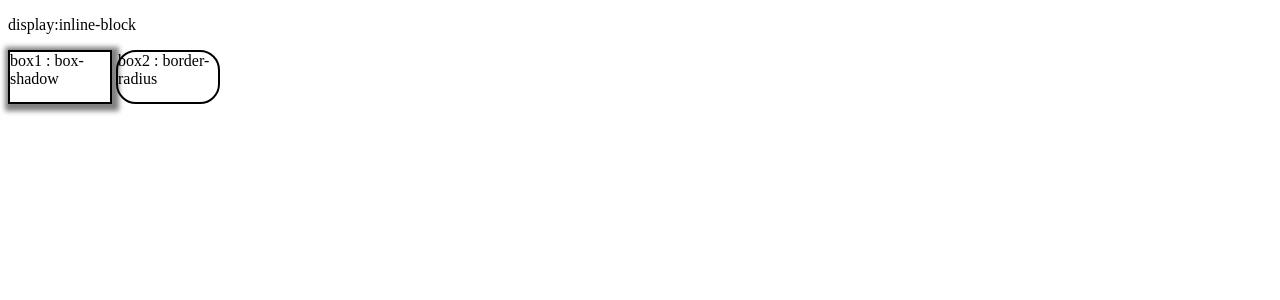
Repository: yeonddu/green_css
Page: web/pro01/songyeonsu/box-model.html
These files come from the project's save history. The page is drawn as it stood at one moment and after the next save; the edit follows.
The browser window is 1280 px wide. The pictures show the whole page.

Above is the page before, as saved 2022-12-13 07:52:31.

After the next save:
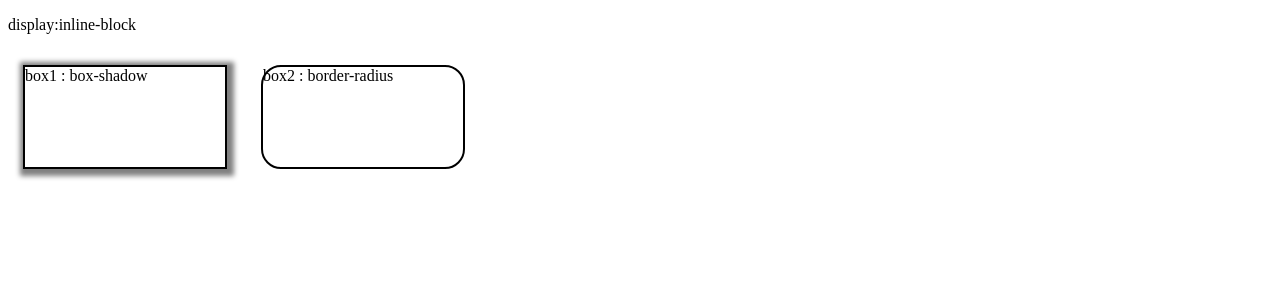
Saved 15 s later.
--- a/web/pro01/songyeonsu/box-model.html
+++ b/web/pro01/songyeonsu/box-model.html
@@ -7,8 +7,9 @@
 
 	div {
 		display:inline-block;
-		width:100px;
-		height:50px;
+		width:200px;
+		height:100px;
+		margin:15px;
 	}
 	.box1 {
 		border:2px solid black;
